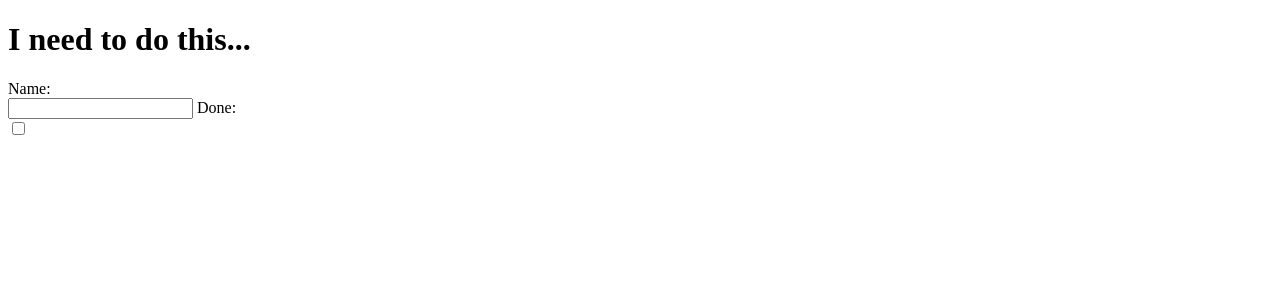
Repository: stiofanEimeid/ci-solutions
Page: http://localhost/add
The author's editor kept a record of every edit. The page is drawn from the files as they stood at one moment, then again after the next edit.
The browser window is 1280 px wide. The pictures show the whole page.
The page is served by the project's application, run on Django 2.2 (manage.py). Other server files are loaded and not shown.

Above is the page before.

### todo/views.py
from django.shortcuts import render, HttpResponse, redirect, get_object_or_404
from .models import Item
from .forms import ItemForm

# Create your views here.
def get_todo_list(request):
    results = Item.objects.all()
    return render(request, "todo_list.html", {'items': results})

def create_an_item(request):
    if request.method=="POST":
        form = ItemForm(request.POST, request.FILES)
        if form.is_valid():
            form.save()
            return redirect(get_todo_list)
    else:
        form = ItemForm()

    return render(request, 'item_form.html', {'form': form})

def edit_an_item(request, id):
    item = get_object_or_404(Item, pk=id)

    if request.method=="POST":
        form = ItemForm(request.POST, instance=item)
        if form.is_valid():
            form.save()
            return redirect(get_todo_list)
    else:
        form = ItemForm(instance=item)

    return render(request, 'item_form.html', {'form': form})

def toggle_status(request, id):
    item = get_object_or_404(Item, pk=id)
    item.done = not item.done
    item.save()
    return redirect(get_todo_list)

### todo/templates/item_form.html
<!DOCTYPE html>
<html lang="en">
<head>
    <meta charset="UTF-8">
    <meta name="viewport" content="width=device-width, initial-scale=1.0">
    <meta http-equiv="X-UA-Compatible" content="ie=edge">
    <title>Document</title>
</head>
<body>
    <h1>I need to do this...</h1>

    <form method="POST">
        <label for id="id_name">Name: </label><br>
        <input type="text" id="id_name" name="name"/>

        <label for id="id_done">Done: </label><br>
        <input type="checkbox" id="id_done" name="done"/>
    </form>

</body>
</html>

### todo/forms.py
from django import forms
from .models import Item

class ItemForm(forms.ModelForm):
    class Meta:
        model = Item
        fields = ('name', 'done')

### todo/models.py
from django.db import models

# Create your models here.
class Item(models.Model):
    name = models.CharField(max_length=30, blank=False)
    done = models.BooleanField(blank=False, default=False)

    def __str__(self):
        return self.name

### django_todo/urls.py
"""django_todo URL Configuration

The `urlpatterns` list routes URLs to views. For more information please see:
    https://docs.djangoproject.com/en/1.11/topics/http/urls/
Examples:
Function views
    1. Add an import:  from my_app import views
    2. Add a URL to urlpatterns:  url(r'^$', views.home, name='home')
Class-based views
    1. Add an import:  from other_app.views import Home
    2. Add a URL to urlpatterns:  url(r'^$', Home.as_view(), name='home')
Including another URLconf
    1. Import the include() function: from django.conf.urls import url, include
    2. Add a URL to urlpatterns:  url(r'^blog/', include('blog.urls'))
"""
from django.conf.urls import url
from django.contrib import admin
from todo.views import get_todo_list, create_an_item, edit_an_item, toggle_status

urlpatterns = [
    url(r'^admin/', admin.site.urls),
    url(r'^$', get_todo_list),
    url(r'^add$', create_an_item),
    url(r'^edit/(?P<id>\d+)$', edit_an_item),
    url(r'^toggle/(?P<id>\d+)$', toggle_status)
]

After the next edit:
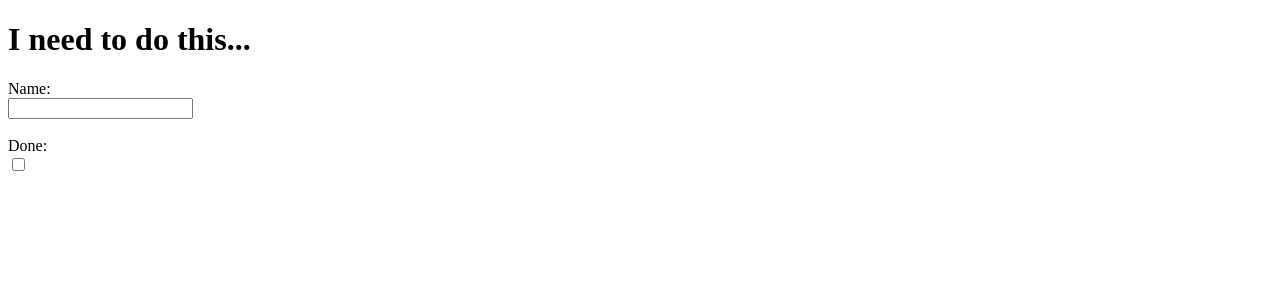
The edit:
--- a/todo/templates/item_form.html
+++ b/todo/templates/item_form.html
@@ -11,8 +11,8 @@
 
     <form method="POST">
         <label for id="id_name">Name: </label><br>
-        <input type="text" id="id_name" name="name"/>
-
+        <input type="text" id="id_name" name="name"/><br>
+        <br>
         <label for id="id_done">Done: </label><br>
         <input type="checkbox" id="id_done" name="done"/>
     </form>
